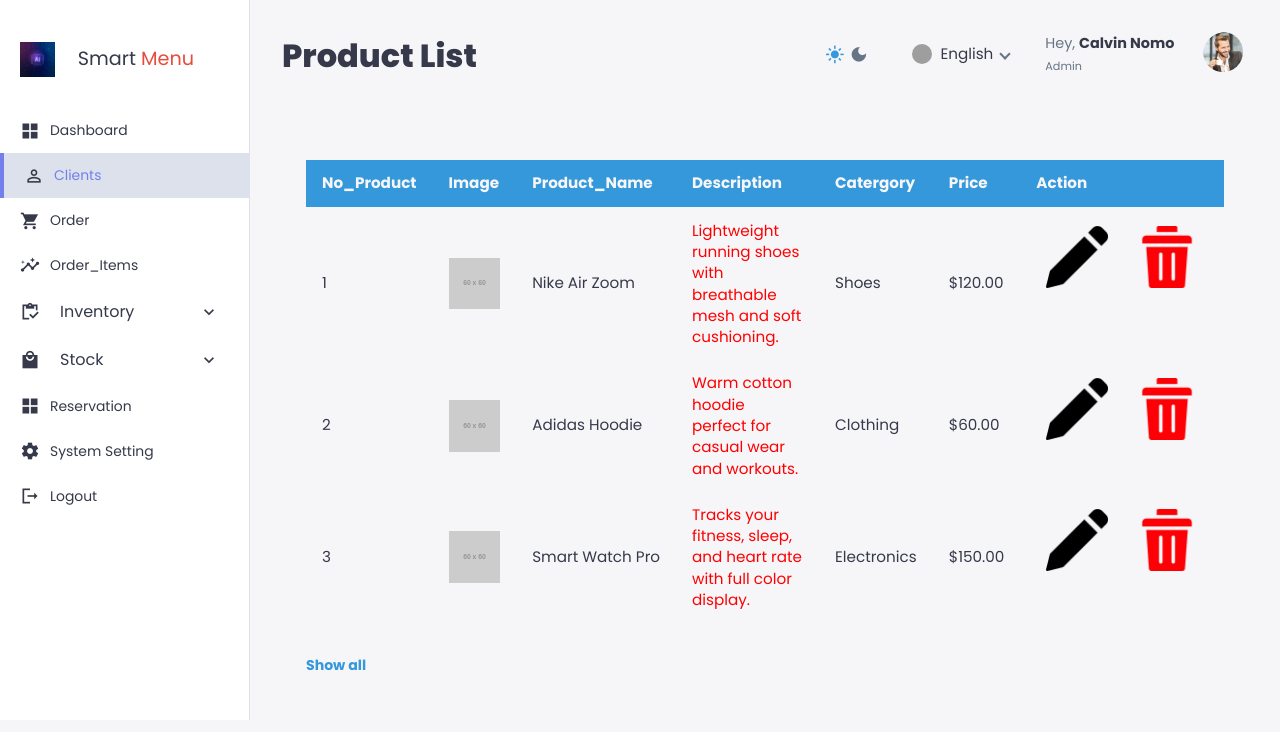
Repository: Calvin-Nomo/Hash-code
Page: product_list.html
These files come from the project's save history. The page is drawn as it stood at one moment and after the next save; the edit follows.
The browser window is 1280 px wide. The pictures show the whole page.
Pictures or frames that could not be fetched are drawn as grey boxes. The page's requests for data from a server got no answer.

Above is the page before, as saved 2025-10-09 11:22:36.

### product_list.html
<!DOCTYPE html>
<html lang="en">
<head>
    <meta charset="UTF-8">
    <meta name="viewport" content="width=device-width, initial-scale=1.0">
    <title>Document</title>
    <link
      href="https://fonts.googleapis.com/icon?family=Material+Icons+Sharp"
      rel="stylesheet"
    />
    <link rel="preconnect" href="https://fonts.googleapis.com" />
    <link rel="preconnect" href="https://fonts.gstatic.com" crossorigin />
    <link
      href="https://fonts.googleapis.com/css2?family=Outfit:wght@100..900&family=Poppins:ital,wght@0,100;0,200;0,300;0,400;0,500;0,600;0,700;0,800;0,900;1,100;1,200;1,300;1,400;1,500;1,600;1,700;1,800;1,900&display=swap"
      rel="stylesheet"
    />
    <link
      href="https://cdn.jsdelivr.net/npm/daisyui@5/themes.css"
      rel="stylesheet"
      type="text/css"
    />
    <link rel="stylesheet" href="css/index.css" />
        <link rel="stylesheet" href="css/product.css" />
    <link href="image/image1.jpg" rel="icon" />
</head>
<body>
    <div class="container">
      <!-- ################SIDE BAR #################-->
      <aside>
        <div class="top">
          <div class="logo">
            <img src="image/image1.jpg" alt="logo" />
            <h2>Smart <span class="danger">Menu</span></h2>
          </div>
          <div class="close" id="close-btn">
            <span class="material-icons-sharp"> close </span>
          </div>
        </div>

        <div class="sidebar">
          <a href="#">
            <span class="material-icons-sharp"> grid_view </span>
            <h3>Dashboard</h3>
          </a>

          <a href="#" class="active">
            <span class="material-icons-sharp"> person_outline </span>
            <h3>Clients</h3>
          </a>

          <a href="#">
            <span class="material-icons-sharp"> shopping_cart </span>
            <h3>Order</h3>
          </a>

          <a href="#">
            <span class="material-icons-sharp"> insights </span>
            <h3>Order_Items</h3>
          </a>

          <!-- Dropdown for Product -->
          <div class="dropdown">
            <a href="#" class="dropdown-toggle">
              <span class="material-icons-sharp"> inventory </span>
              <h3>Inventory</h3>
              <span class="material-icons-sharp arrow">expand_more</span>
            </a>
            <div class="dropdown-menu">
              <a href="product_list.html">Product List</a>
              <a href="#">Stock</a>
            </div>
          </div>

          <!-- Dropdown for Stock -->
          <div class="dropdown">
            <a href="#" class="dropdown-toggle">
              <span class="material-icons-sharp"> local_mall </span>
              <h3>Stock</h3>
              <span class="material-icons-sharp arrow">expand_more</span>
            </a>
            <div class="dropdown-menu">
              <a href="#">Add Stock</a>
              <a href="#">Stock List</a>
            </div>
          </div>

          <a href="#">
            <span class="material-icons-sharp"> grid_view </span>
            <h3>Reservation</h3>
          </a>

          <a href="#">
            <span class="material-icons-sharp"> settings </span>
            <h3>System Setting</h3>
          </a>

          <a href="#">
            <span class="material-icons-sharp"> logout </span>
            <h3>Logout</h3>
          </a>
        </div>
      </aside>

      <!-- ################END OF SIDE BAR #################-->
      <main>
        <h1>Product List</h1>
        <div class="insight">
          <!-- END OF INCOME -->
        </div>
        <!-- END OF INSIGHT -->
        <div class="recent-orders" id="product-section">
          <!-- <h2>Recent Orders</h2> -->
          <table id="product-table">
            <thead>
              <tr>
                <th>No_Product</th>
                <th>Image</th>
                <th>Product_Name</th>
                <th class="description">Description</th>
                <th>Catergory</th>
                <th>Price</th>
                <th>Action</th>
              </tr>
            </thead>
            <tbody>
              <!--  data will be filled here! -->
            </tbody>
          </table>
          <a href="#">Show all</a>
        </div>
      </main>
      <!-- End of the Recent Orders -->
      <div class="right">
        <div class="top">
          <button id="menu-btn">
            <span class="material-icons-sharp">menu </span>
          </button>
          <div class="theme-toggler">
            <span class="material-icons-sharp active">light_mode</span>
            <span class="material-icons-sharp">dark_mode</span>
          </div>
          <div class="lang-menu">
            <div class="selected-language">
              <img src="https://flagsapi.com/US/flat/32.png" alt="" />
              English
              <i class="arrow down"></i>
            </div>

            <ul class="lang-options">
              <li>
                <a
                  href="#"
                  class="en"
                  data-flag="https://flagsapi.com/US/flat/32.png"
                  >English</a
                >
              </li>
              <li>
                <a
                  href="#"
                  class="fr"
                  data-flag="https://flagsapi.com/FR/flat/32.png"
                  >French</a
                >
              </li>
              <li>
                <a
                  href="#"
                  class="cn"
                  data-flag="https://flagsapi.com/CN/flat/32.png"
                  >Chinese</a
                >
              </li>
              <li>
                <a
                  href="#"
                  class="jp"
                  data-flag="https://flagsapi.com/JP/flat/32.png"
                  >Japanese</a
                >
              </li>
            </ul>
          </div>

          <div class="profile">
            <div class="info">
              <p>Hey, <b>Calvin Nomo</b></p>
              <small class="text-muted">Admin</small>
            </div>
            <div class="profile-photo">
              <img src="image/person_1.jpg" alt="" />
            </div>
          </div>
        </div>
      </div>
      <!-- \\\\\\\\\\\\\\\END OF MAIN\\\\\\\\\\\\\\\\\\\\\\\ -->
    </div>
  </body>
  <script src="js/index.js"></script>

  <script src="https://cdn.jsdelivr.net/npm/@tailwindcss/browser@4"></script>

</body>
</html>

### css/product.css
.product-toolbar {
  display: flex;
  justify-content: space-between;
  align-items: center;
  margin: 15px 0;
  padding: 10px;
  background: #f8f9fa;
  border-radius: 8px;
  box-shadow: 0 2px 5px rgba(0, 0, 0, 0.1);
}

.search-filter {
  display: flex;
  gap: 10px;
  width: 100%;
  justify-content: flex-start;
}

.search-filter input,
.search-filter select {
  padding: 8px 12px;
  border-radius: 6px;
  border: 1px solid #ccc;
  font-size: 14px;
  outline: none;
}

.search-filter input:focus,
.search-filter select:focus {
  border-color: #007bff;
  box-shadow: 0 0 5px rgba(0, 123, 255, 0.3);
}
.add_product {
  background-color: #28a745;
  color: white;
  border: none;
  padding: 10px 20px;
  border-radius: 5px;
  cursor: pointer;
  font-size: 16px;
}
.add_product:hover {
  background-color: #218838;
}
.add_product button {
  background-color: #28a745;
  color: white;
  border: none;
  padding: 10px 20px;
  border-radius: 5px;
  cursor: pointer;
  font-size: 16px;
}

### js/index.js
let sideMenu = document.querySelector("aside");
let Theme_Change = document.querySelector(".theme-toggler");
let openBtn = document.getElementById("menu-btn");
let closeBtn = document.getElementById("close-btn");

// Hide and Show the Side bar
openBtn.addEventListener("click", () => {
  sideMenu.style.display = "block";
});
closeBtn.addEventListener("click", () => {
  sideMenu.style.display = "none";
});
const themeToggler = document.querySelector(".theme-toggler");
const body = document.body;
const lightIcon = themeToggler.querySelector("span:nth-child(1)");
const darkIcon = themeToggler.querySelector("span:nth-child(2)");

// Load saved theme from localStorage
if (localStorage.getItem("theme") === "dark") {
  body.classList.add("dark-theme-variables");
  lightIcon.classList.remove("active");
  darkIcon.classList.add("active");
}

themeToggler.addEventListener("click", () => {
  body.classList.toggle("dark-theme-variables");

  // Toggle icon active class
  lightIcon.classList.toggle("active");
  darkIcon.classList.toggle("active");

  // Save preference
  if (body.classList.contains("dark-theme-variables")) {
    localStorage.setItem("theme", "dark");
  } else {
    localStorage.setItem("theme", "light");
  }
});
document.addEventListener("DOMContentLoaded", function () {
  const langMenu = document.querySelector(".lang-menu");
  const selected = langMenu.querySelector(".selected-language");
  const options = langMenu.querySelectorAll(".lang-options a");
  // New side bar
  document.querySelectorAll(".dropdown-toggle").forEach((toggle) => {
    toggle.addEventListener("click", function (e) {
      e.preventDefault();
      const dropdown = this.parentElement;
      dropdown.classList.toggle("active");
    });
  });
  // Toggle dropdown
  selected.addEventListener("click", () => {
    langMenu.classList.toggle("active");
  });

  // Change selected language with flag
  options.forEach((option) => {
    option.addEventListener("click", (e) => {
      e.preventDefault();
      const flagUrl = option.getAttribute("data-flag");
      const langText = option.textContent.trim();

      // Update selected language display
      selected.innerHTML = `<img src="${flagUrl}" alt=""> ${langText} <i class="arrow down"></i>`;
      langMenu.classList.remove("active");
    });
  });

  // Close dropdown if clicking outside
  window.addEventListener("click", (e) => {
    if (!langMenu.contains(e.target)) {
      langMenu.classList.remove("active");
    }
  });
});
// Fetch and display orders from the backend

fetch("http://127.0.0.1:8000/order_info") // Replace with your API endpoint
  .then((res) => res.json())
  .then((data) => {
    const tbody = document.querySelector("#order-table tbody"); // Replace with your API endpoint
    tbody.innerHTML = ""; // clear any existing rows

    data.forEach((order) => {
      const row = document.createElement("tr");
      row.innerHTML = `
          <td>#${order.Order_ID}</td>
          <td>${order.Client_Name}</td>
          <td>${order.No_Telephone}</td>
          <td>${order.Order_Type}</td>
          <td>${order.Total_Amount} FCFA</td>
          <td>${order.Payment_Status}</td>
          <td>${new Date(order.Order_Date).toLocaleString()}</td>
        `;
      tbody.appendChild(row);
    });
  })
  .catch((err) => console.error("Error fetching orders:", err));
//Fetch Product from the backend(limit 15 from product_list.html)
fetch("http://127.0.0.1:8000/product/product/product_limit")
  .then((res) => res.json())
  .then((data) => {
    const tbody = document.querySelector("#product-table tbody");
    tbody.innerHTML = ""; // Clear any existing rows
    data.forEach((product) => {
      const row = document.createElement("tr");
      row.innerHTML = `
            <td>#${product.No_Product}</td>
            <td>${product.Image_Path}</td>
          <td>${product.Product_Name}</td>
          <td class='description'>${product.Product_Description}</td>
          <td>${product.Category}</td>
          <td>${product.Unit_Price} FCFA</td>
            <td>
            <button class="edit-btn" onclick="editProduct(${product.No_Product})">
            <img src="image/pencil.png" alt="Edit" />
            </button>
            <button class="delete-btn" onclick="deleteProduct(${product.No_Product})">
            <img src="image/delete.png" alt="Delete" />
            </button>
          </td>
        `;
      tbody.appendChild(row);
    });
  })
  .catch((err) => console.error("Error fetching products:", err));
// updating the product in the inventory

// Fetch and display total orders from the backend
fetch("http://127.0.0.1:8000/order/order/total_order")
  .then((res) => res.json())
  .then((data) => {
    const totalOrderElement = document.getElementById("total_order");
    totalOrderElement.textContent = `${data.total}`;
  })
  .catch((err) => console.error("Error fetching total orders:", err));
document.addEventListener("DOMContentLoaded", () => {
  fetch("http://127.0.0.1:8000/payment/payment/total_revenue") // <-- your actual API endpoint
    .then((res) => {
      if (!res.ok) {
        throw new Error(`HTTP error! Status: ${res.status}`);
      }
      return res.json();
    })
    .then((data) => {
      console.log("Data received from backend:", data);

      const saleElement = document.getElementById("total-sales");

      if (saleElement) {
        if (data.total !== undefined) {
          // Optional: format the number to 2 decimal places
          saleElement.textContent = `${Number(data.total).toFixed(0)} FCFA`;
        } else {
          console.warn("No 'total' field in response data.");
          saleElement.textContent = "Total sale: N/A";
        }
      } else {
        console.warn("Element with ID 'total-sale' not found in DOM.");
      }
    })
    .catch((err) => {
      console.error("Error fetching total sales:", err);
    });
});

document.addEventListener("DOMContentLoaded", () => {
  // Fetch and display total reservations from the backend
  fetch("http://127.0.0.1:8000/reservation/reservation/total_reservations")
    .then((res) => {
      if (!res.ok) {
        throw new Error(`HTTP error! status: ${res.status}`);
      }
      return res.json();
    })
    .then((data) => {
      const totalReservationsElement =
        document.getElementById("total-reservation");
      if (totalReservationsElement) {
        totalReservationsElement.textContent = `${data.total}`;
      } else {
        console.warn("Element with ID 'reservation' not found in the DOM.");
      }
    })
    .catch((err) => {
      console.error("Error fetching total reservations:", err);
    });
});


// testing the database changes
const products = [
  {
    id: 1,
    image: "https://via.placeholder.com/60",
    name: "Nike Air Zoom",
    description: "Lightweight running shoes with breathable mesh and soft cushioning.",
    category: "Shoes",
    price: 120
  },
  {
    id: 2,
    image: "https://via.placeholder.com/60",
    name: "Adidas Hoodie",
    description: "Warm cotton hoodie perfect for casual wear and workouts.",
    category: "Clothing",
    price: 60
  },
  {
    id: 3,
    image: "https://via.placeholder.com/60",
    name: "Smart Watch Pro",
    description: "Tracks your fitness, sleep, and heart rate with full color display.",
    category: "Electronics",
    price: 150
  }
];

// Get the table body element
const tableBody = document.querySelector("#product-table tbody");

// Function to render the products
function renderProducts(data) {
  tableBody.innerHTML = ""; // clear existing rows first

  data.forEach((product, index) => {
    const row = document.createElement("tr");

    row.innerHTML = `
      <td>${index + 1}</td>
      <td><img src="${product.image}" alt="${product.name}" width="50" height="50"></td>
      <td>${product.name}</td>
      <td class="description">${product.description}</td>
      <td>${product.category}</td>
      <td>$${product.price.toFixed(2)}</td>
      <td class="actions">
        <button class="edit-btn">
        <img src="image/pencil.png" alt="Edit" />
        </button>
        <button class="delete-btn">
        <img src="image/delete.png" alt="Delete" />
        </button>
      </td>
    `;

    tableBody.appendChild(row);
  });
}

// Call function to show data
renderProducts(products);

Loaded but not shown: css/index.css (815 lines, source omitted)

After the next save:
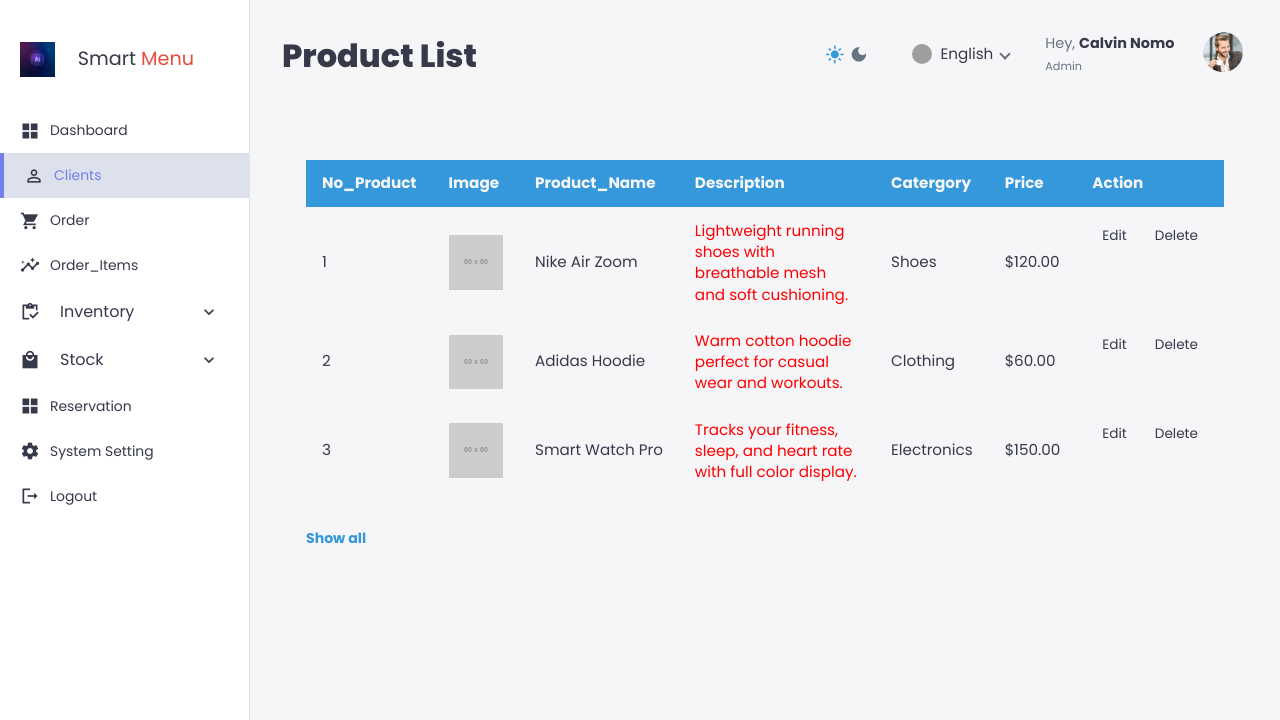
Saved 12 min 38 s later.
--- a/js/index.js
+++ b/js/index.js
@@ -235,10 +235,10 @@ function renderProducts(data) {
       <td>$${product.price.toFixed(2)}</td>
       <td class="actions">
         <button class="edit-btn">
-        <img src="image/pencil.png" alt="Edit" />
+        Edit
         </button>
         <button class="delete-btn">
-        <img src="image/delete.png" alt="Delete" />
+Delete
         </button>
       </td>
     `;
